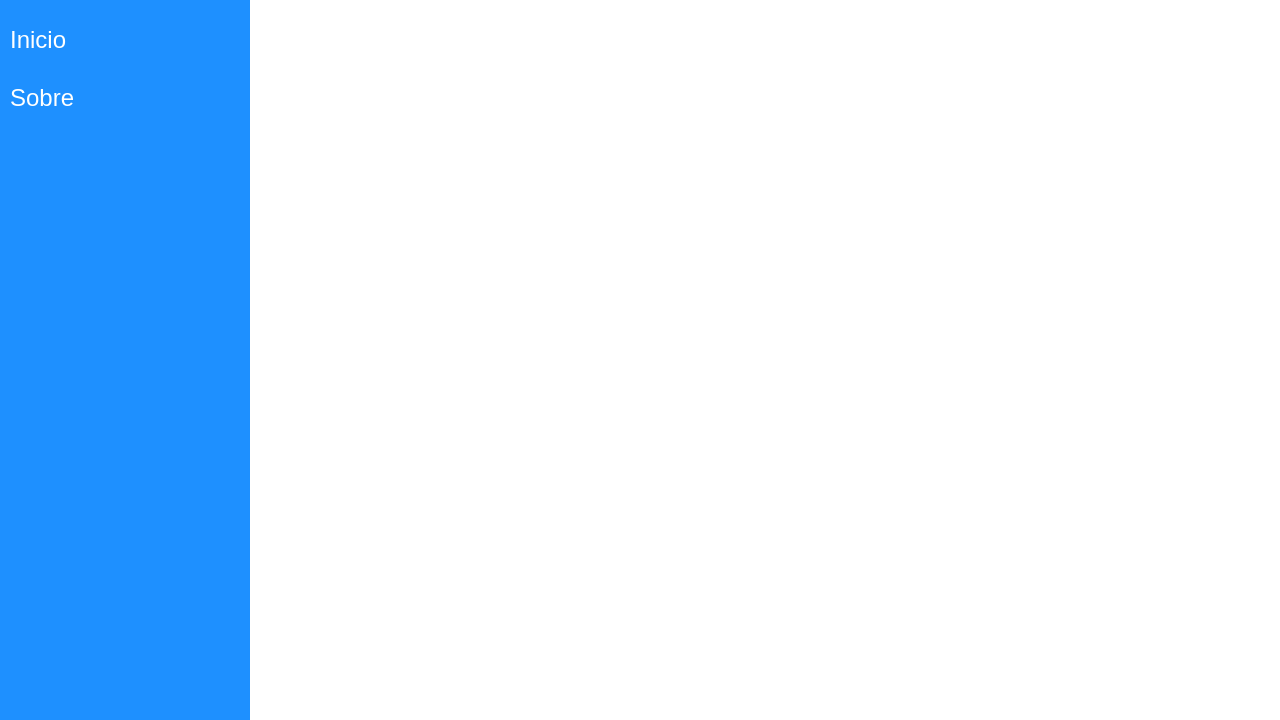
Repository: mateus-henrique-silva/estudos-react
Page: /
An editor plug-in stored every save of this project. The page is shown before and after the next save, followed by the edit.
The browser window is 1280 px wide. The pictures show the whole page.
The project was rebuilt for these pictures with package versions that can differ from the ones it lists, and the page was loaded fresh each time.

Above is the page before, as saved 2022-07-11 12:02:11.

### public/index.html
<!DOCTYPE html>
<html lang="en">
  <head>
    <meta charset="utf-8" />
    <link rel="icon" href="%PUBLIC_URL%/favicon.ico" />
    <meta name="viewport" content="width=device-width, initial-scale=1" />
    <title>React App</title>
  </head>
  <body>
    <noscript>You need to enable JavaScript to run this app.</noscript>
    <div id="root"></div>

  </body>
</html>

### src/index.js
import React from 'react';
import ReactDOM from 'react-dom/client';
import App from './Views/App';
import reportWebVitals from './reportWebVitals';
import "./index.css"

const root = ReactDOM.createRoot(document.getElementById('root'));
root.render(
  <React.StrictMode>
    <App />
  </React.StrictMode>
);

// If you want to start measuring performance in your app, pass a function
// to log results (for example: reportWebVitals(console.log))
// or send to an analytics endpoint. Learn more: https://bit.ly/CRA-vitals
reportWebVitals();

### src/Views/App.jsx
import React from "react"
import Content from "../Components/Content/Content";
import Menu from "../Components/Menu/Menu";
import "../Views/App.css"

function App() {
  return (
    <div className="App">
        <Menu/>
        <Content/>
    </div>
  );
}

export default App;

### src/index.css
*{
    font-family:sans-serif;
}

body{
    margin:0;

}

### src/Components/Content/Content.jsx
import React from 'react'

const Content = props => (
    <div className="content" >
       <h1></h1>
    </div>

)
export default Content

### src/Components/Menu/Menu.jsx
import React from "react";
import "./Menu.css";

const Menu = (props) => (
  <aside className="Menu">
    <nav>
      <ul>
        <li>
          <a href="#">Inicio</a>
        </li>

        <li>
          <a href="#">Sobre</a>
        </li>
      </ul>
    </nav>
  </aside>
);

export default Menu;

### src/Views/App.css
.App{
    display:flex;

    height: 100vh;
}

### src/Components/Menu/Menu.css
.Menu{
    display:flex;
    flex-basis: 250px;
    background-color:#1e90ff;



}

.Menu ul{
    list-style:none;
    padding:0;
}

.Menu li{
    display:flex;

}

.Menu nav{
    flex:1;

}

.Menu li a{
    flex:1;
    margin-bottom: 10px;
    text-decoration: none;
    color: white;
    font-size:1.5rem;
    padding:10px;
}


.Menu li a:hover{
 background: #00000020;
}

Loaded but not shown: src/reportWebVitals.js (common file)

After the next save:
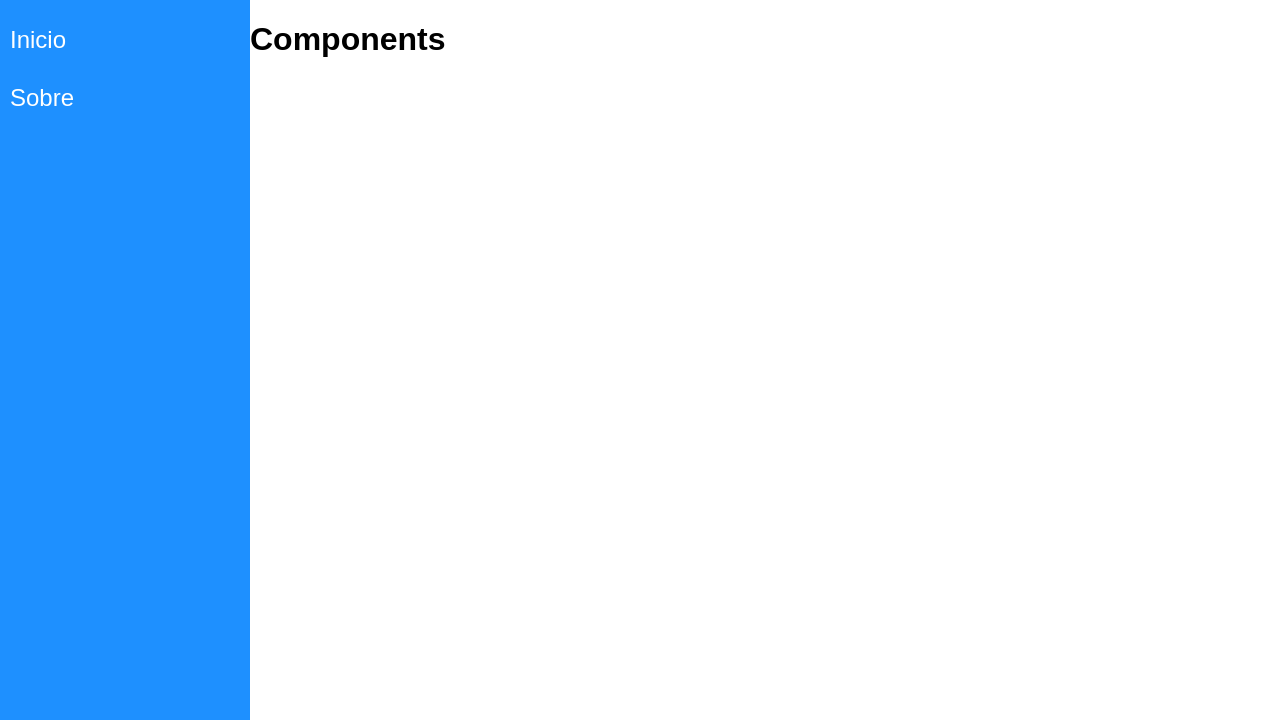
Saved 5 s later.
--- a/src/Components/Content/Content.jsx
+++ b/src/Components/Content/Content.jsx
@@ -2,7 +2,7 @@ import React from 'react'
 
 const Content = props => (
     <div className="content" >
-       <h1></h1>
+       <h1>Components</h1>
     </div>
 
 )
